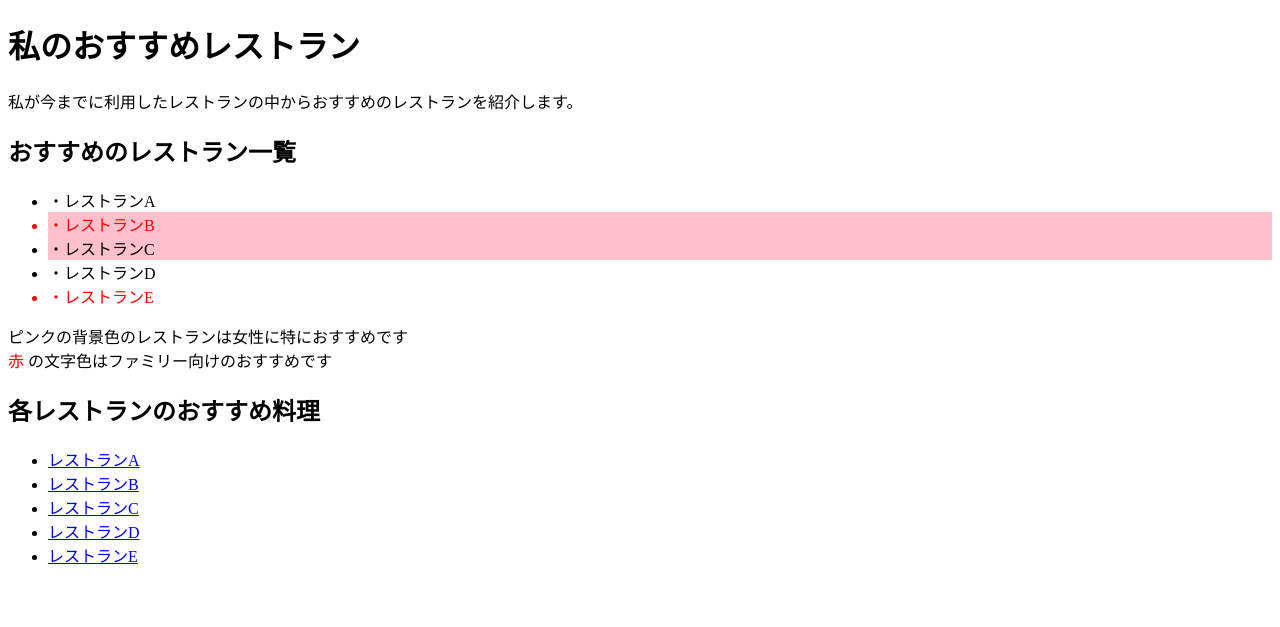
Repository: KubotaAtsushi/samurai_HTML-CSS
Page: test.html
The author's editor kept a record of every edit. The page is drawn from the files as they stood at one moment, then again after the next edit.
The browser window is 1280 px wide. The pictures show the whole page.

Above is the page before.

### test.html
<!DOCTYPE html>
<html lang="ja">
    <head>
        <meta charset="UTF-8">
        <title>HTML/CSSの学習</title>
        <link rel="style" href="style.css">
    </head>
    <body>
      <h1>私のおすすめレストラン</h1>
      <p>私が今までに利用したレストランの中からおすすめのレストランを紹介します。</p>
         <h2>おすすめのレストラン一覧</h2>
         <div id="wrapper">
            <div id="nav">
                <ul>
                    <li>・レストランA</li>
                    <div style="background-color:pink">
                    <font color="red">
                    <li>・レストランB</li></font>
                    <li>・レストランC</li></div>
                    <li>・レストランD</li>
                     <font color="red"><li>・レストランE</li></font>
                </ul>
                <p>ピンクの背景色のレストランは女性に特におすすめです<br>
                 <font color="red">赤
                 </font>の文字色はファミリー向けのおすすめです</p>
            </div>
          </div>
        <h2>各レストランのおすすめ料理</h2>
                 <div id="wrapper">
            <div id="nav">
                <ul>
                    <li><a href="home.html">レストランA</a></li>
                    <li><a href="#">レストランB</a></li>
                    <li><a href="#">レストランC</a></li>
                    <li><a href="#">レストランD</a></li>
                    <li><a href="#">レストランE</a></li>
                </ul>
            </div>
          </div>

After the next edit:
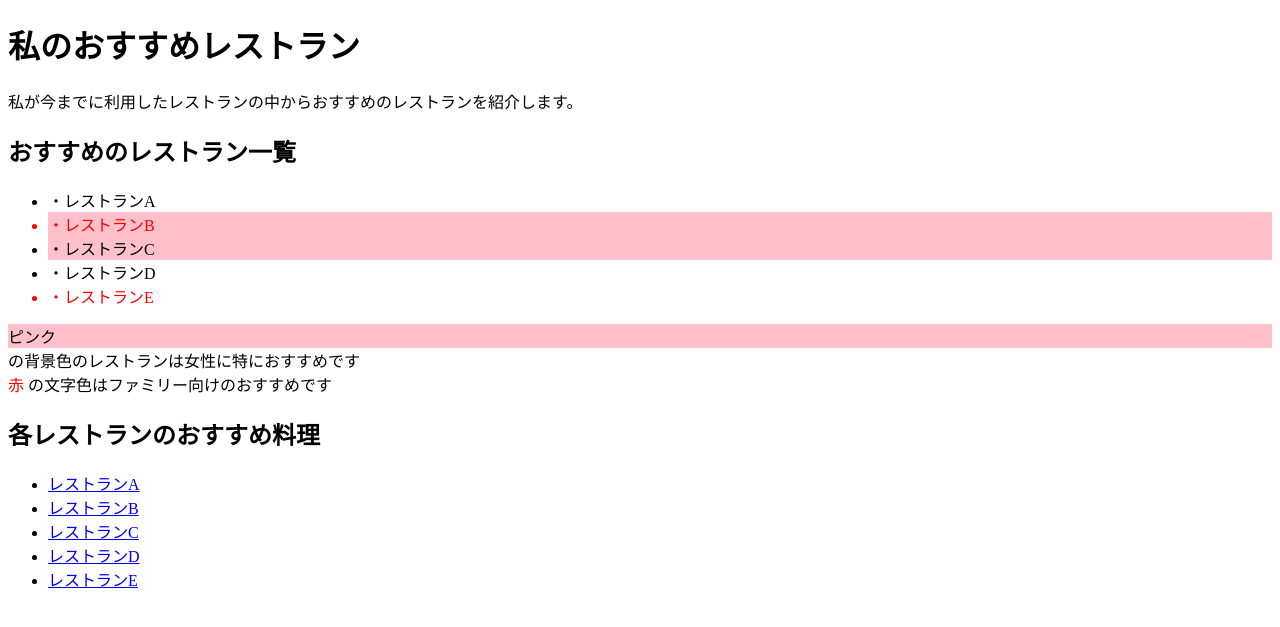
The edit:
--- a/test.html
+++ b/test.html
@@ -20,7 +20,8 @@
                     <li>・レストランD</li>
                      <font color="red"><li>・レストランE</li></font>
                 </ul>
-                <p>ピンクの背景色のレストランは女性に特におすすめです<br>
+                <p><div style="background-color:pink"> ピンク</div>
+                の背景色のレストランは女性に特におすすめです<br>
                  <font color="red">赤
                  </font>の文字色はファミリー向けのおすすめです</p>
             </div>
